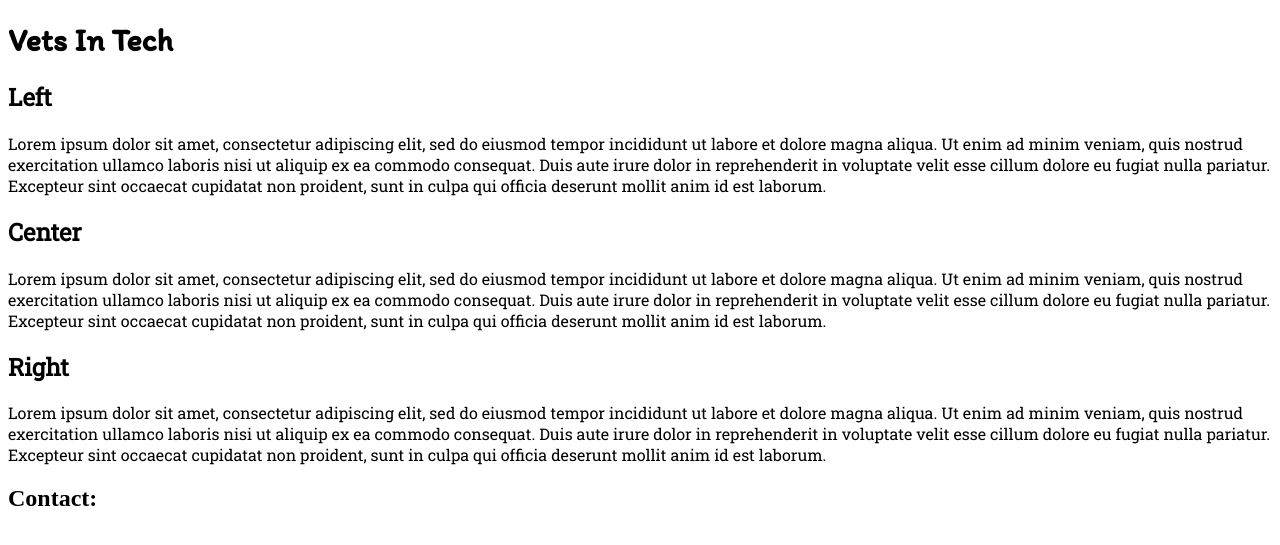
Repository: 3EyEdRav3n/10-2020-cohort-course
Page: week-1/Week-1 Assignment/index.html
The author's editor kept a copy of each file at every save. The page is drawn from the files as they stood at one save, then again after the next save.
The browser window is 1280 px wide. The pictures show the whole page.

Above is the page before, as saved 2020-11-01 18:06:32.

### week-1/Week-1 Assignment/index.html
<!DOCTYPE html>
<html lang="en">
  <head>
    <meta charset="UTF-8" />
    <meta name="viewport" content="width=device-width, initial-scale=1.0" />
    <link rel="stylesheet" href="./styles.css" />
    <link
      href="https://fonts.googleapis.com/css2?family=Itim&display=swap"
      rel="stylesheet"
    />
    <link
      href="https://fonts.googleapis.com/css2?family=Itim&family=Roboto+Slab&display=swap"
      rel="stylesheet"
    />

    <title>VetTech</title>
  </head>
  <body>
    <div class="header">
      <h1>Vets In Tech</h1>
    </div>
    <div class="container">
      <div class="left-col">
        <h2>Left</h2>
        <p>
          Lorem ipsum dolor sit amet, consectetur adipiscing elit, sed do
          eiusmod tempor incididunt ut labore et dolore magna aliqua. Ut enim ad
          minim veniam, quis nostrud exercitation ullamco laboris nisi ut
          aliquip ex ea commodo consequat. Duis aute irure dolor in
          reprehenderit in voluptate velit esse cillum dolore eu fugiat nulla
          pariatur. Excepteur sint occaecat cupidatat non proident, sunt in
          culpa qui officia deserunt mollit anim id est laborum.
        </p>
      </div>
      <div class="center-col">
        <h2>Center</h2>
        <p>
          Lorem ipsum dolor sit amet, consectetur adipiscing elit, sed do
          eiusmod tempor incididunt ut labore et dolore magna aliqua. Ut enim ad
          minim veniam, quis nostrud exercitation ullamco laboris nisi ut
          aliquip ex ea commodo consequat. Duis aute irure dolor in
          reprehenderit in voluptate velit esse cillum dolore eu fugiat nulla
          pariatur. Excepteur sint occaecat cupidatat non proident, sunt in
          culpa qui officia deserunt mollit anim id est laborum.
        </p>
      </div>
      <div class="right-col">
        <h2>Right</h2>
        <p>
          Lorem ipsum dolor sit amet, consectetur adipiscing elit, sed do
          eiusmod tempor incididunt ut labore et dolore magna aliqua. Ut enim ad
          minim veniam, quis nostrud exercitation ullamco laboris nisi ut
          aliquip ex ea commodo consequat. Duis aute irure dolor in
          reprehenderit in voluptate velit esse cillum dolore eu fugiat nulla
          pariatur. Excepteur sint occaecat cupidatat non proident, sunt in
          culpa qui officia deserunt mollit anim id est laborum.
        </p>
      </div>
    </div>
    <div class="footer"></div>
    <h2>Contact:</h2>
  </body>
</html>

### week-1/Week-1 Assignment/styles.css

.container{
        font-family: 'Itim', cursive;
font-family: 'Roboto Slab', serif;
}


h1 {
        font-family: 'Itim', cursive;
}

After the next save:
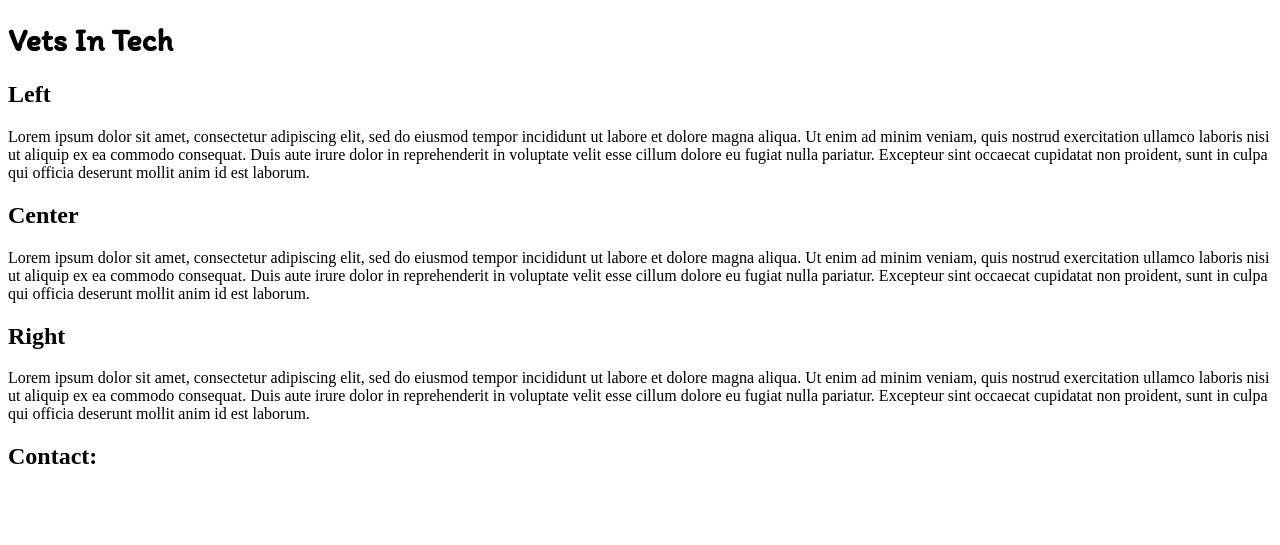
Saved 21 min 18 s later.
--- a/week-1/Week-1 Assignment/index.html
+++ b/week-1/Week-1 Assignment/index.html
@@ -9,7 +9,7 @@
       rel="stylesheet"
     />
     <link
-      href="https://fonts.googleapis.com/css2?family=Itim&family=Roboto+Slab&display=swap"
+      href="https://fonts.googleapis.com/css2?family=Roboto&display=swap"
       rel="stylesheet"
     />
 
